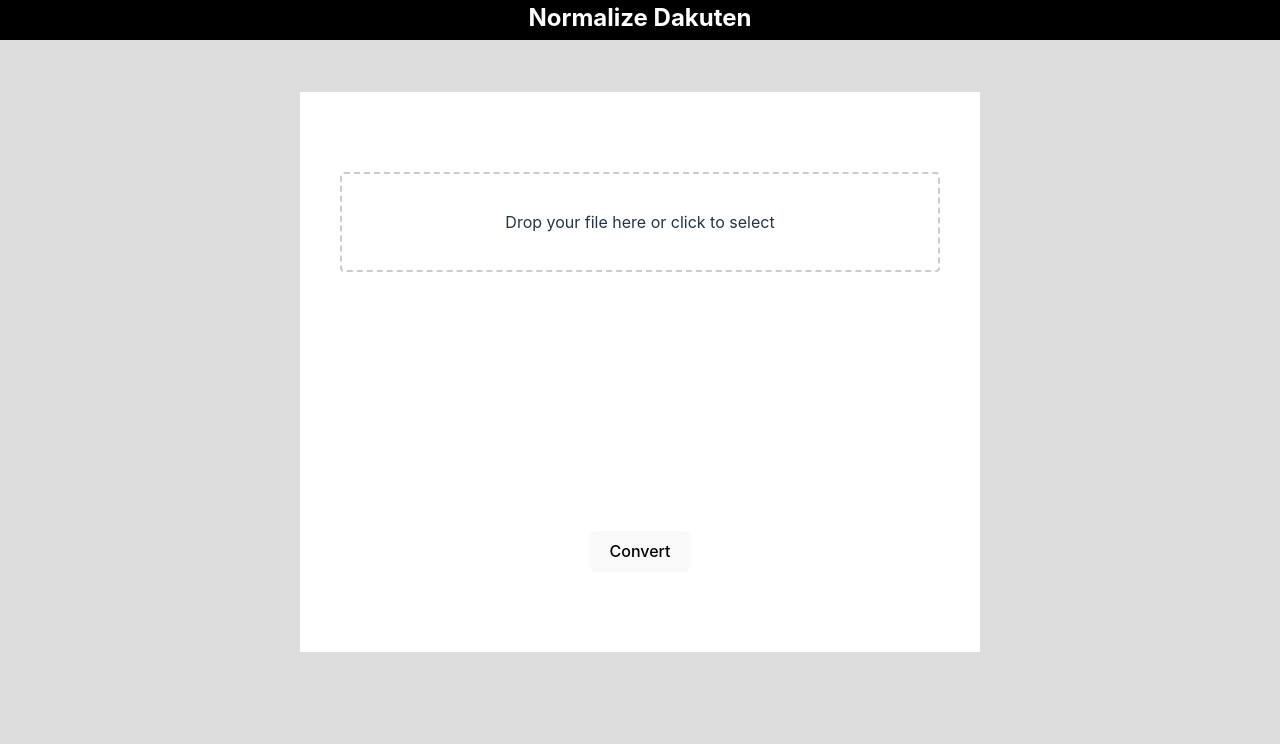
Repository: CatHandsService/normalize_dakuten
Page: / (app in front/)
The author's editor kept a copy of each file at every save. The page is drawn from the files as they stood at one save, then again after the next save.
The browser window is 1280 px wide. The pictures show the whole page.
The project was rebuilt for these pictures with package versions that can differ from the ones it lists, and the page was loaded fresh each time. Also part of the build but not shown: front/vite.config.ts.

Above is the page before, as saved 2024-01-27 16:19:33.

After the next save:
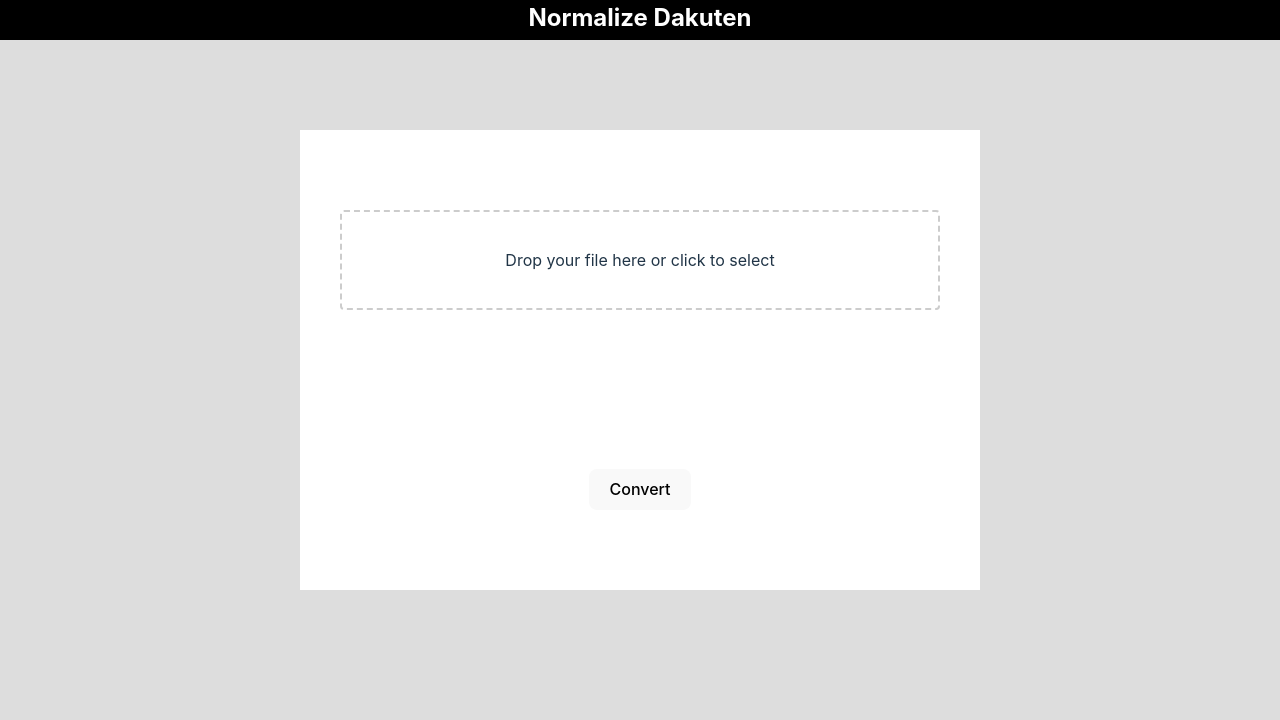
Saved 10 s later.
--- a/front/src/App.css
+++ b/front/src/App.css
@@ -23,7 +23,7 @@ body {
 }
 .container {
   width: 600px;
-  height: 400px;
+  height: 300px;
   margin: 60px auto;
   padding: 80px 40px;
   background-color: #fff;
